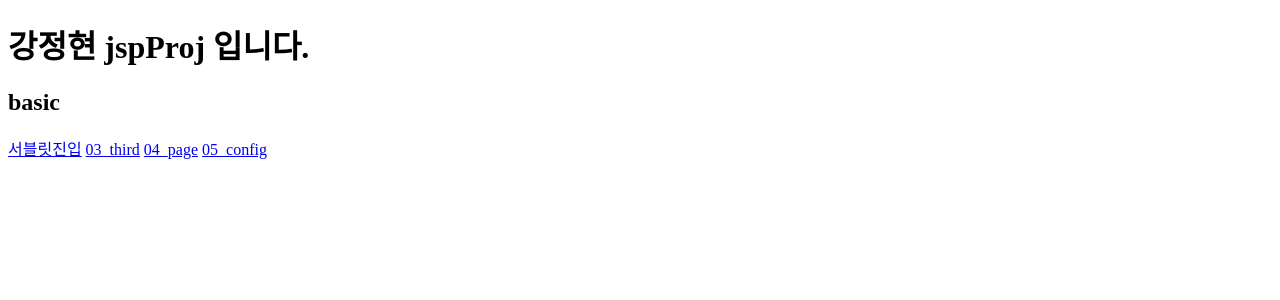
Repository: Jamikidu/newJsp
Page: http://localhost/jspProj/
The author's editor kept a copy of each file at every save. The page is drawn from the files as they stood at one save, then again after the next save.
The browser window is 1280 px wide. The pictures show the whole page.
The page is served by Tomcat 9. Nobody is signed in. The application's start-up code is not run.

Above is the page before, as saved 2023-07-25 08:54:51.

After the next save:
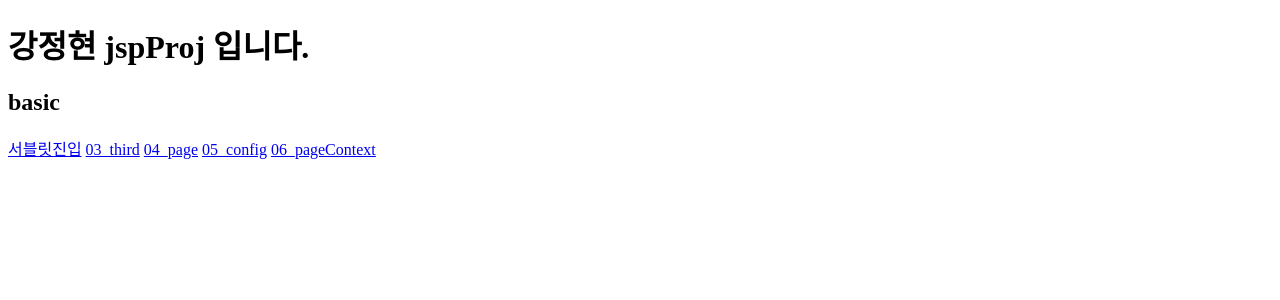
Saved 26 s later.
--- a/jspProj/src/main/webapp/index.jsp
+++ b/jspProj/src/main/webapp/index.jsp
@@ -13,5 +13,6 @@
 <a href="basic/03_third.jsp">03_third</a>
 <a href="basic/04_page.jsp">04_page</a>
 <a href="basic/05_config.jsp">05_config</a>
+<a href="basic/06_pageContext">06_pageContext</a>
 </body>
 </html>
